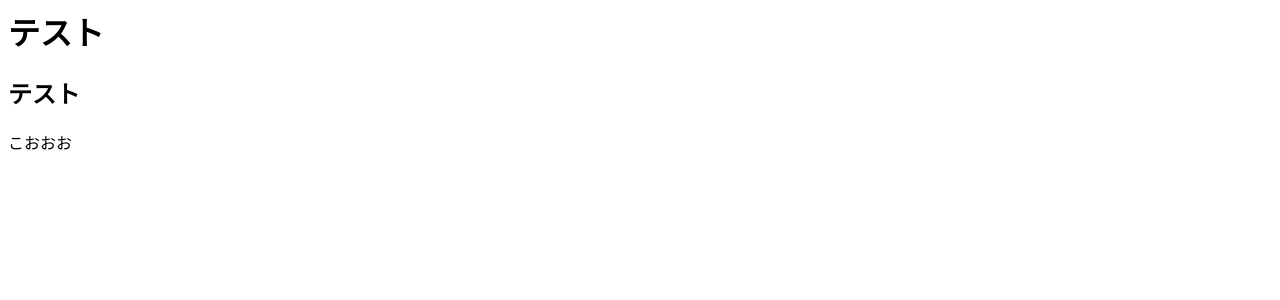
Repository: j-choriki/practiceReopsitory
Page: chorikiTest/test.html
These files come from the project's save history. The page is drawn as it stood at one moment and after the next save; the edit follows.
The browser window is 1280 px wide. The pictures show the whole page.

Above is the page before, as saved 2024-05-28 16:27:13.

### chorikiTest/test.html
<h1>テスト</h1>
<h2>テスト</h2>
<p>こおおお</p>

After the next save:
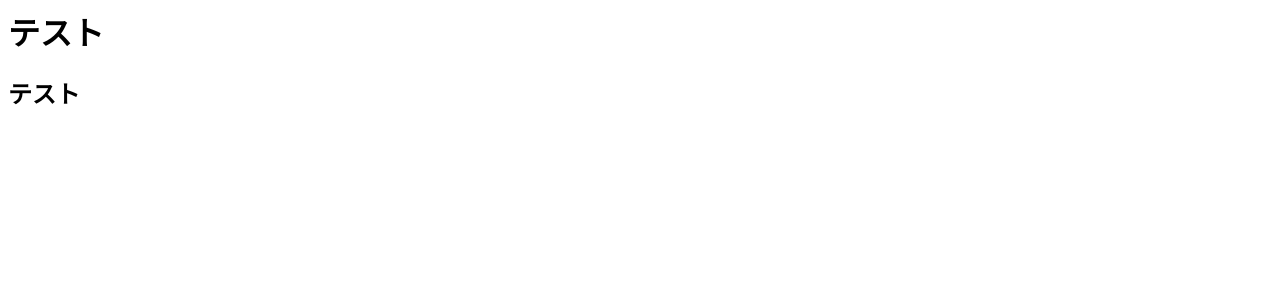
Saved 82 min 1 s later.
--- a/chorikiTest/test.html
+++ b/chorikiTest/test.html
@@ -1,3 +1,3 @@
 <h1>テスト</h1>
 <h2>テスト</h2>
-<p>こおおお</p>
+<pいいいいい</p>

After the save that followed:
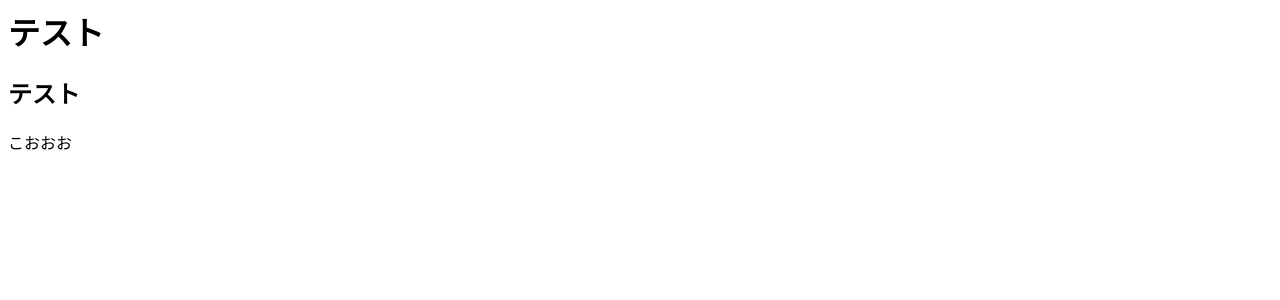
Saved 80 s later.
--- a/chorikiTest/test.html
+++ b/chorikiTest/test.html
@@ -1,3 +1,3 @@
 <h1>テスト</h1>
 <h2>テスト</h2>
-<pいいいいい</p>
+<p>こおおお</p>
